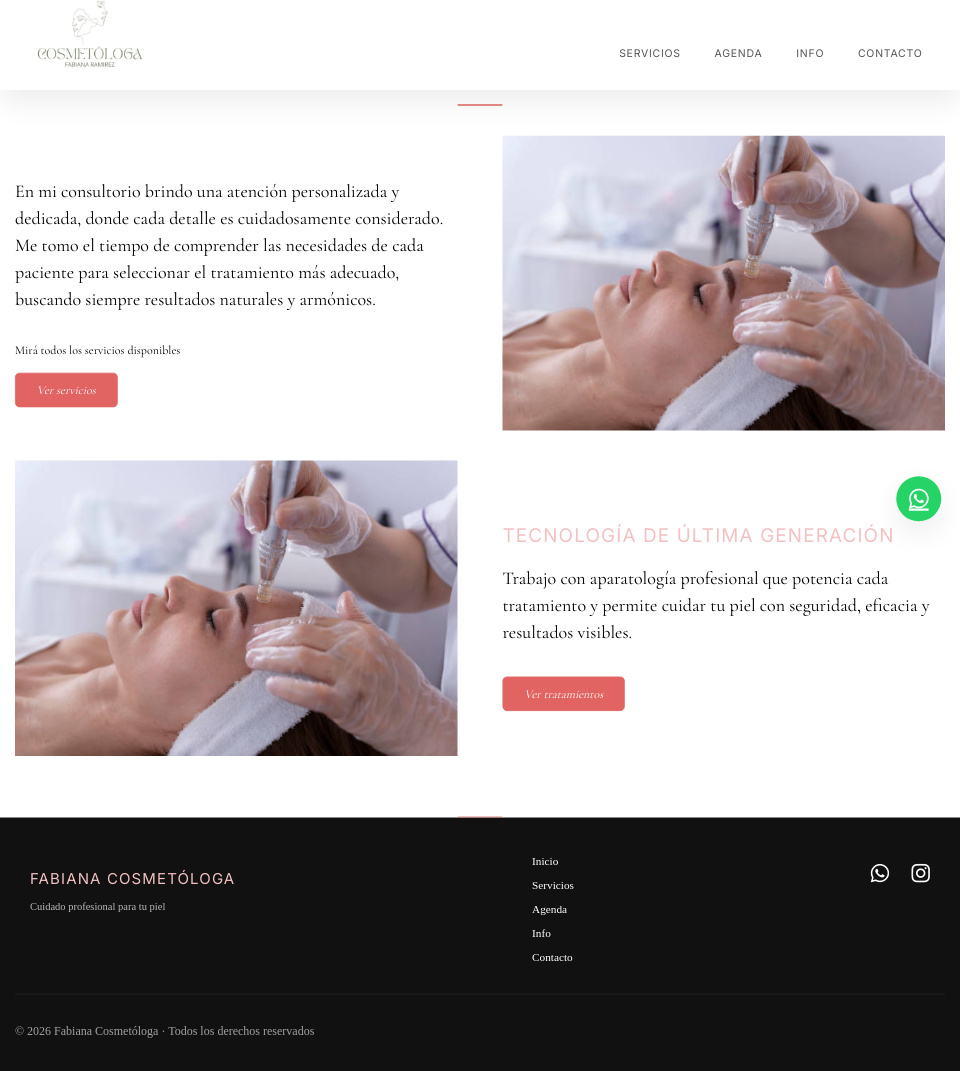
Repository: thiagobal1891-sudo/paginaweb
Page: pages/info.html
An editor plug-in stored every save of this project. The page is shown before and after the next save, followed by the edit.
The browser window is 1280 px wide. The pictures show the whole page, at 75% of full size.
Some web fonts or font styles are not loaded; a fallback is used.

Above is the page before, as saved 2026-03-11 19:38:17.
Console error: ReferenceError: emailjs is not defined

After the next save:
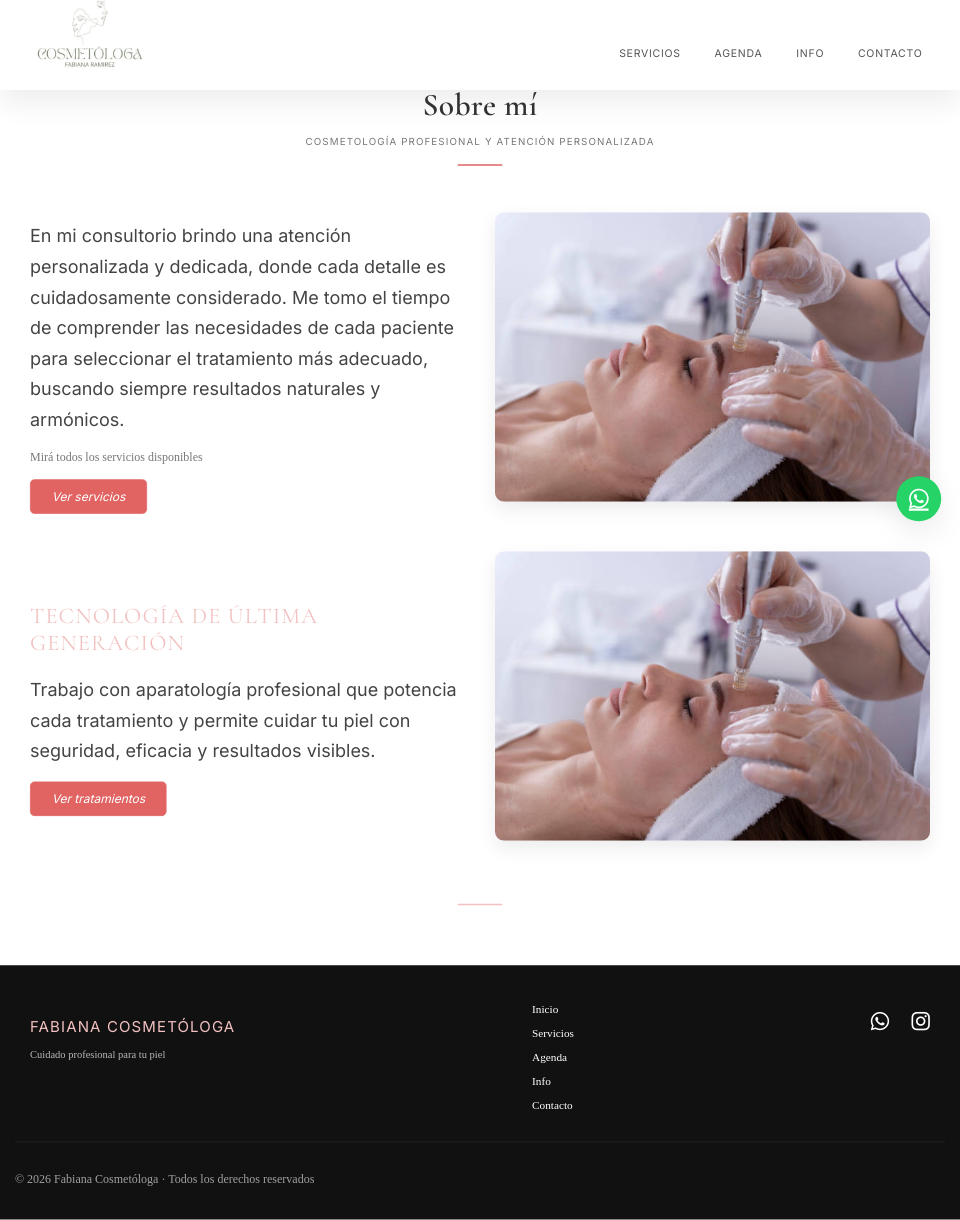
Saved 2 min 25 s later.
--- a/css/style.css
+++ b/css/style.css
@@ -808,40 +808,73 @@ transform:translateY(-2px);
 box-shadow:0 15px 40px rgba(0,0,0,.08);
 }
 
-.sobre-nosotros {
-  padding: 140px 10%;
-  background-color: #f3f3f3;
-}
-
-.sobre-nosotros h2 {
-  text-align: center;
-  font-size: 2.2rem;
-  color: #E16463;
-  margin-bottom: 60px;
-  font-weight: bold;
-  margin-top: 100px;
-}
-
-.sobre-container {
-  display: flex;
-  align-items: center;
-  justify-content: space-between;
-  gap: 60px;
-  flex-direction: column;
-}
-
-.sobre-texto {
-  flex: 1;
-  text-align: center;
-  font-family: "Cormorant Garamond", serif;
-  font-size: 28px;
-}
-
-.sobre-texto p {
-  font-size: 1.8rem;
-  line-height: 1.5;
-  margin-bottom: 40px;
-}
+#sobre{
+padding:80px 20px;
+}
+
+.sobre-container{
+display:flex;
+align-items:center;
+gap:40px;
+margin-top:50px;
+flex-wrap:wrap;
+}
+
+.sobre-container.reverse{
+flex-direction:row-reverse;
+}
+
+.sobre-texto{
+flex:1;
+min-width:280px;
+}
+
+.sobre-texto p{
+font-family:"Inter",sans-serif;
+line-height:1.7;
+margin-bottom:20px;
+color:#444;
+}
+
+.sobre-texto h3{
+font-family:"Cormorant Garamond",serif;
+font-size:30px;
+margin-bottom:10px;
+}
+
+.sobre-img{
+flex:1;
+min-width:280px;
+}
+
+.sobre-img img{
+width:100%;
+border-radius:12px;
+box-shadow:0 10px 25px rgba(0,0,0,.08);
+}
+
+.link-servicios{
+display:block;
+margin-bottom:10px;
+color:#777;
+}
+
+.btn-vermas{
+display:inline-block;
+padding:10px 22px;
+background:#E16463;
+color:white;
+text-decoration:none;
+border-radius:30px;
+font-family:"Inter",sans-serif;
+transition:.3s;
+}
+
+.btn-vermas:hover{
+transform:translateY(-3px);
+box-shadow:0 6px 15px rgba(0,0,0,.15);
+}
+
 
 .link-servicios {
   display: block;
@@ -872,15 +905,7 @@ box-shadow:0 15px 40px rgba(0,0,0,.08);
   color: #E16463;
 }
 
-.sobre-img {
-  flex: 1;
-}
-
-.sobre-img img {
-  width: 100%;
-  height: auto;
-  display: block;
-}
+
 
 .whatsapp-float{
 position:fixed;
